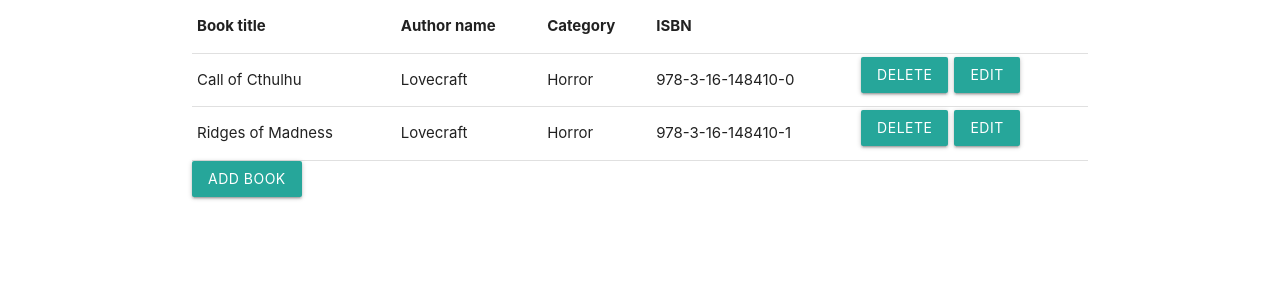
Repository: AlexanderBil/bookShalf
Page: /
These files come from the project's save history. The page is drawn as it stood at one moment and after a run of saves; the edit follows.
The browser window is 1280 px wide. The pictures show the whole page.
The project was rebuilt for these pictures with package versions that can differ from the ones it lists, and the page was loaded fresh each time. Also part of the build but not shown: src/components/AddBook.js, src/components/Edit.js, src/components/Modal.css.

Above is the page before, as saved 2021-06-27 20:05:41.

### public/index.html
<!DOCTYPE html>
<html lang="en">
  <head>
    <meta charset="utf-8" />
    <link rel="icon" href="%PUBLIC_URL%/favicon.ico" />
    <meta name="viewport" content="width=device-width, initial-scale=1" />
    <meta name="theme-color" content="#000000" />
    <meta
      name="description"
      content="Web site created using create-react-app"
    />
    <link rel="apple-touch-icon" href="%PUBLIC_URL%/logo192.png" />

    <link rel="manifest" href="%PUBLIC_URL%/manifest.json" />
    <link rel="stylesheet" href="https://cdnjs.cloudflare.com/ajax/libs/materialize/1.0.0/css/materialize.min.css">


    <title>React Book App</title>
  </head>
  <body>
    <noscript>You need to enable JavaScript to run this app.</noscript>
    <div id="root"></div>

  </body>
</html>

### src/index.css
body {
  margin: 0;
  font-family: -apple-system, BlinkMacSystemFont, 'Segoe UI', 'Roboto', 'Oxygen',
    'Ubuntu', 'Cantarell', 'Fira Sans', 'Droid Sans', 'Helvetica Neue',
    sans-serif;
  -webkit-font-smoothing: antialiased;
  -moz-osx-font-smoothing: grayscale;
}

.edit, .delete{
  margin: 3px;
}

### src/App.js
import {BrowserRouter as Router, Route, Switch, useHistory} from 'react-router-dom';
import {useState, useEffect} from 'react';

import {ListBook} from './components/ListBook';
import {AddBook} from './components/AddBook';
import {Edit} from './components/Edit'
import {Modal} from "./components/Modal"


function App() {
  const [books, setBooks] = useState([]);        // для компонента ListBook
  const [booksEdit, setBooksEdit] = useState({}) // для компонента Edit
  const [modal, setModal] = useState(false);

  const [dataform, setDataform] = useState({     // дял компонента AddBook
    name: '',
    author: '',
    category: '',
    isbn: '',
    id: 0,
  })

//заносим данні в books
useEffect(() => {
  fetch('./db.json')
  .then(data => data.json())
  .then(data => setBooks(data))
}, []);


// функція що заносить в стейт dataform, данні з форми компонента AddBook
const handleSubmit = (e) => {
  setDataform({...dataform, [e.target.name]: e.target.value})
}

// функція що заносить в стейт editForm, данні які ми міняєм в edit
const handleEdit = (e) => {
  setBooksEdit({...booksEdit, [e.target.name]: e.target.value})
}


// функція додавання книги для компонента AddBook
const addbook = () => {
  dataform.id = books.length+1;
  setBooks([...books, dataform])

  setModal(!modal)
}


// функція для створення редагування (по кліку на Edit заносим в стейт booksEdit книгу яка спывпадаэ з id кнопки)
  const editItem = (e) => {
   books.map(item => {
      if(item.id == e.target.id){
           setBooksEdit(item)
      }
    })
  }

// функція яка обнуляє стейт booksEdit при натисненні кнопки Back в компоненті Edit
  const deletetItem = () => {
    setBooksEdit({})
  }

// функція яка зберігає редаговані дані
const saveEditBook = () =>{
  let mas = []
  books.map (item => {
    if(item.id == booksEdit.id){
      mas.push(item = booksEdit)
    }
    if(item.id != booksEdit.id){
      mas.push(item)
    }
  })
  setBooks(mas)

  setModal(!modal)
}


  return (
    <>
    <Router>
      <main className = "container">
        <Switch>
          <Route exact path = '/' render = {() => <ListBook books = {books} editItem = {editItem} />}/>
          <Route  path = '/addbook' render = { () => <AddBook handleSubmit = {handleSubmit} addbook = {addbook} books = {books} /> }/>
          <Route  path = '/edit' render = {() => <Edit booksEdit = {booksEdit} deletetItem = {deletetItem} handleEdit = {handleEdit} saveEditBook ={saveEditBook} />}/>

        </Switch>
        <Modal modal={modal} />
      </main>
    </Router>

  </>
  );
}

export default App;

### src/components/ListBook.js
import {useState, useEffect} from 'react';
import {Link} from 'react-router-dom';

function ListBook(props){

  const {books, editItem} = props;
  const [booksList, setBooksList] = useState([]);

// кладем в стейт booksList, книги
  useEffect(() => {
    setBooksList(books)
  }, [books]);

   // функція видалення книги
  const removeItem = (e) => {
    setBooksList(booksList.filter(item => item.id != e.target.id))
  }


    return (
        <div className = 'dashboard'>

     <table className = "responsive-table">
     <thead>
          <tr>
              <th>Book title</th>
              <th>Author name</th>
              <th>Category</th>
              <th>ISBN</th>
          </tr>
        </thead>

          {booksList.map(item =>
             <tbody key = {item.id} >
                <tr >
                  <td>{item.name}</td>
                  <td>{item.author}</td>
                  <td>{item.category}</td>
                  <td>{item.isbn}</td>
                  <button onClick = {removeItem} className = "btn delete" id = {item.id}>Delete</button>
                  <Link to = '/edit'><button onClick = {editItem}  className = "btn edit" id = {item.id}>Edit</button></Link>
                </tr>
          </tbody>
          )}
     </table>
       <Link to = '/addbook'> <button className = "btn">Add Book</button> </Link>
       </div>
    )
  }
  export {ListBook}

### src/components/Modal.js
import {useState, useEffect} from 'react';
import {Link} from 'react-router-dom';
import React from "react";
import './Modal.css';

function Modal (props) {
  const {modal} = props;
  const [close, setClose] = useState(true);

  useEffect(() => {
    setClose(modal)
  }, [modal])

  function closeModal(){
    setClose(!close)
  }
  return(
    close && (
    <div className = "myModal">
        <div className = "overlay"></div>
          <div className = "modal-content">
            <div className = "modal-content-center">
                <div className = "title">Change complited</div>
                <Link to = '/'> <button className = "btn close" onClick={closeModal}>Close</button> </Link>
            </div>
        </div>
    </div>
    )
  )
}

export {Modal}

### public/db.json
 [{
        "id": 1,
        "name": "Call of Cthulhu",
        "author": "Lovecraft",
        "category": "Horror",
        "isbn": "978-3-16-148410-0"
    }, {
        "id": 2,
        "name": "Ridges of Madness ",
        "author": "Lovecraft",
        "category": "Horror",
        "isbn": "978-3-16-148410-1"
    }
]

Loaded but not shown: src/index.js (common file)

After the next 2 saves:
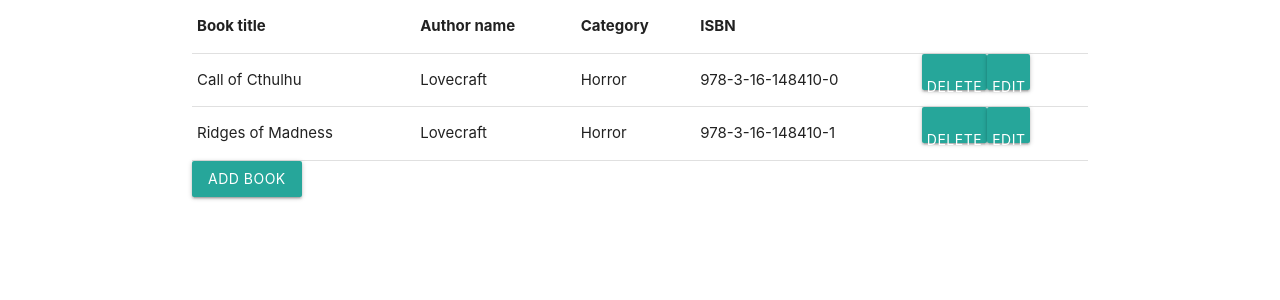
The 2 saves are shown as one change because they came seconds apart.
The last was saved 76 s later.
--- a/src/index.css
+++ b/src/index.css
@@ -8,5 +8,8 @@ body {
 }
 
 .edit, .delete{
-  margin: 3px;
+  padding: 15px 5px;
+  display: table-cell;
+  text-align: left;
+  vertical-align: middle;
 }
